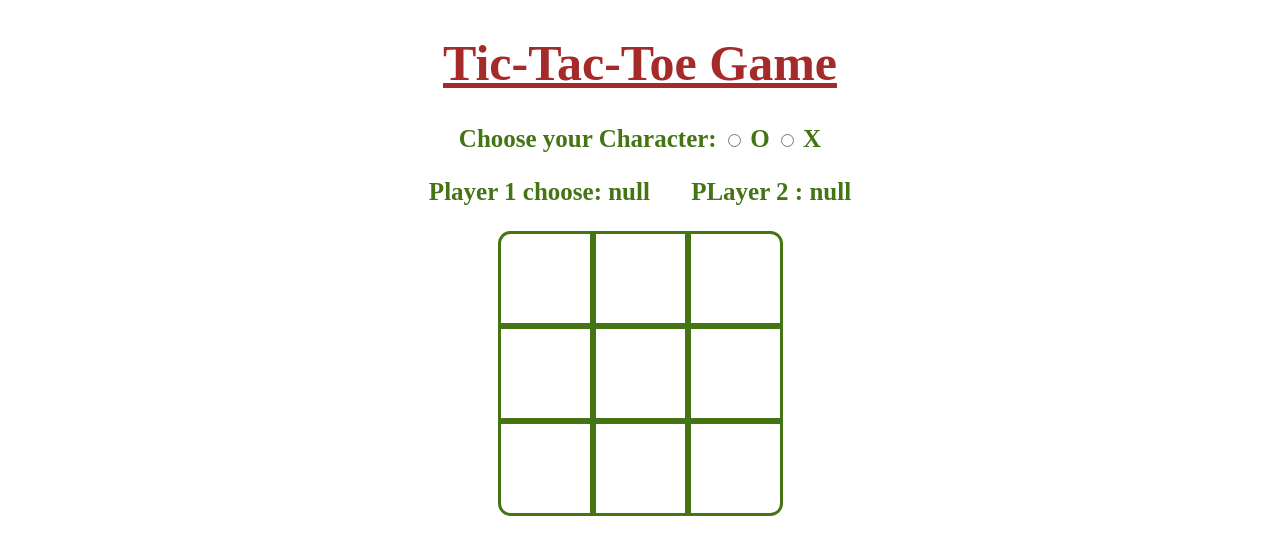
Repository: 0101chaitanya/Tic-Tac-Toe
Page: index.html
The author's editor kept a copy of each file at every save. The page is drawn from the files as they stood at one save, then again after the next save.
The browser window is 1280 px wide. The pictures show the whole page.

Above is the page before, as saved 2021-06-12 12:36:13.

After the next save:
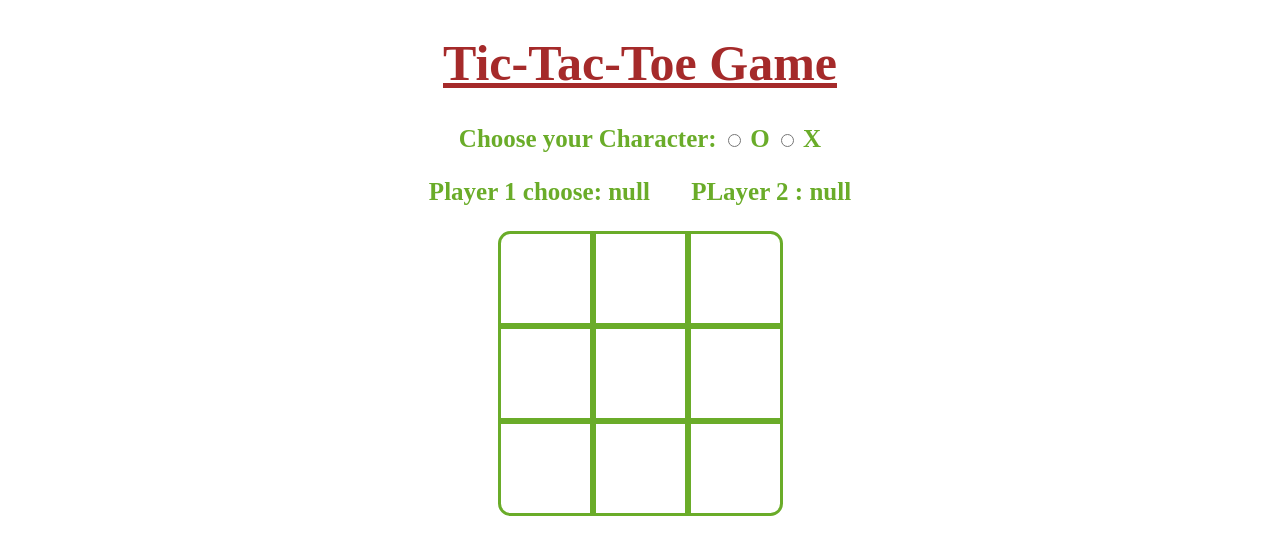
Saved 9 s later.
--- a/styles.css
+++ b/styles.css
@@ -26,7 +26,7 @@
 }
 
 body {
-    color: rgb(68, 116, 20);
+    color: rgb(106, 172, 41)
 }
 
 h1 {
